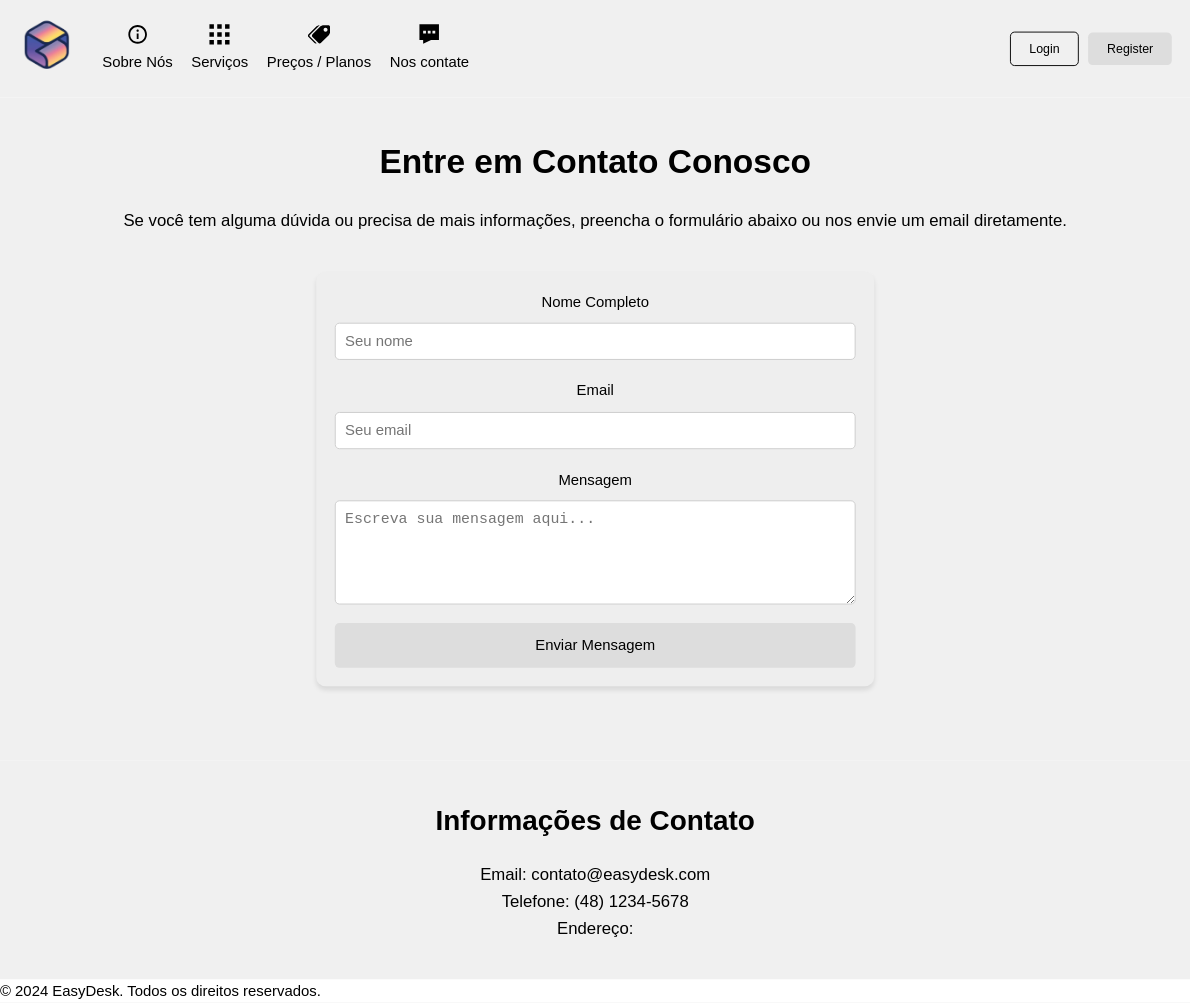
Repository: Gabrielb0rn/0EasyDesk.io
Page: 0Easydesk1/contactus.html
These files come from the project's save history. The page is drawn as it stood at one moment and after the next save; the edit follows.
The browser window is 1280 px wide. The pictures show the whole page, at 93% of full size.

Above is the page before, as saved 2024-09-16 10:02:21.

### 0Easydesk1/contactus.html
<!DOCTYPE html>
<html lang="pt-BR">
<head>
    <meta charset="UTF-8">
    <meta name="viewport" content="width=device-width, initial-scale=1.0">
    <title>Contate-nos - EasyDesk</title>
    <link rel="stylesheet" href="assets/style.css">
    <link rel="shortcut icon" href="resources/icon/EasyDeskLogo.ico">
</head>
<body>
    <header>
        <nav>
            <div class="left-section">
                <div class="logo">
                    <a href="index.html"><img src="resources/icon/EasyDeskLogo.ico" alt="Logo EasyDesk"></a>
                </div>
                <ul class="nav-links">
                    <li>
                        <img src="resources/nav/about-svgrepo-com.svg" alt="Sobre Nós">
                        <a href="about.html">Sobre Nós</a>
                    </li>
                    <li>
                        <img src="resources/nav/services-20px-svgrepo-com.svg" alt="Serviços">
                        <a href="services.html">Serviços</a>
                    </li>
                    <li>
                        <img src="resources/nav/prices-svgrepo-com.svg" alt="Preços / Planos">
                        <a href="prices.html">Preços / Planos</a>
                    </li>
                    <li>
                        <img src="resources/nav/contact-us-filled-svgrepo-com.svg" alt="Nos contate">
                        <a href="contactus.html">Nos contate</a>
                    </li>
                </ul>
            </div>
            <div class="auth-buttons">
                <a href="login.html"><button class="sign-in">Login</button></a>
                <a href="register.html"><button>Register</button></a>
            </div>
        </nav>
    </header>

    <main>
        <section class="contact-us-section">
            <h1>Entre em Contato Conosco</h1>
            <p>Se você tem alguma dúvida ou precisa de mais informações, preencha o formulário abaixo ou nos envie um email diretamente.</p>

            <div class="contact-form-container">
                <form action="#" method="POST">
                    <label for="name">Nome Completo</label>
                    <input type="text" id="name" name="name" placeholder="Seu nome" required>

                    <label for="email">Email</label>
                    <input type="email" id="email" name="email" placeholder="Seu email" required>

                    <label for="message">Mensagem</label>
                    <textarea id="message" name="message" rows="5" placeholder="Escreva sua mensagem aqui..." required></textarea>

                    <button type="submit">Enviar Mensagem</button>
                </form>
            </div>
        </section>

        <section class="contact-info">
            <h2>Informações de Contato</h2>
            <p>Email: contato@easydesk.com</p>
            <p>Telefone: (48) 1234-5678</p>
            <p>Endereço: </p>
        </section>
    </main>

    <footer>
        <p>&copy; 2024 EasyDesk. Todos os direitos reservados.</p>
    </footer>
</body>
</html>

### 0Easydesk1/assets/style.css
/* Reset básico */
* {
    margin: 0;
    padding: 0;
    box-sizing: border-box;
}

/* Variáveis de tema */
:root {
    --bg-color: #ffffff;
    --text-color: #000000;
    --header-bg: #f0f0f0;
    --link-color: #000000;
    --link-hover-color: #6a11cb;
    --button-bg: #dddddd;
    --button-text-color: #000000;
    --hero-bg-gradient: linear-gradient(135deg, #ab64a2, #537ec5); /* Atualizado */
    --card-bg: #eeeeee;
    --card-hover-color: #cccccc;
}

body.dark-theme {
    --bg-color: #121212;
    --text-color: white;
    --header-bg: #1a1a1a;
    --link-color: white;
    --link-hover-color: #6a11cb;
    --button-bg: #333;
    --button-text-color: white;
    --hero-bg-gradient: linear-gradient(to bottom, #6a11cb, #2575fc); /* Inalterado no modo escuro */
    --card-bg: #444;
    --card-hover-color: #555;
}

body {
    font-family: Arial, sans-serif;
    background-color: var(--bg-color);
    color: var(--text-color);
    line-height: 1.6;
}

/* Estilo do Header */
header nav {
    display: flex;
    justify-content: space-between;
    align-items: center;
    padding: 20px;
    background-color: var(--header-bg);
}

/* Seção esquerda contendo a logo e os links */
.left-section {
    display: flex;
    align-items: center;
}

/* Logo alinhada à esquerda */
.logo {
    display: flex;
    align-items: center;
    margin-right: 30px;
}

.logo img {
    width: 60px;
    height: auto;
}

/* Links de navegação à direita da logo */
.nav-links {
    list-style: none;
    display: flex;
    gap: 20px;
    margin-left: 0;
}

/* Estilo dos itens de navegação */
.nav-links li {
    display: flex;
    flex-direction: column;
    align-items: center;
}

/* Estilo das imagens dos links */
.nav-links img {
    width: 24px;
    height: auto;
    margin-bottom: 5px;
    transition: filter 0.3s ease;
}

body.dark-theme .nav-links img {
    filter: brightness(0) invert(1); /* Torna a imagem branca no modo escuro */
}


/* Estilo dos links */
.nav-links a {
    color: var(--link-color);
    text-decoration: none;
    font-size: 16px;
    transition: color 0.3s ease;
}

.nav-links a:hover {
    color: var(--link-hover-color);
}

/* Botões de autenticação */
.auth-buttons {
    display: flex;
    gap: 10px;
    align-items: center; /* Centraliza verticalmente */
}

.auth-buttons button {
    background-color: var(--button-bg);
    color: var(--button-text-color);
    border: none;
    padding: 10px 20px;
    cursor: pointer;
    border-radius: 5px;
    transition: background-color 0.3s ease;
}

.auth-buttons .sign-in {
    background-color: transparent;
    border: 1px solid var(--button-text-color);
}

.auth-buttons button:hover {
    background-color: var(--link-hover-color);
}


/* Hero Section */
.hero {
    text-align: center;
    padding: 80px 20px;
    background: var(--hero-bg-gradient);
}

.hero h1 {
    font-size: 56px;
    margin-bottom: 20px;
}

.hero p {
    font-size: 24px;
    margin-bottom: 40px;
}

.hero-images {
    display: flex;
    justify-content: center;
    gap: 20px;
    margin-bottom: 30px;
}

.hero-images img {
    width: 200px;
    height: auto;
    border-radius: 10px;
}

.hero-links {
    display: flex;
    justify-content: center;
    gap: 20px;
    flex-wrap: wrap;
}

.hero-links a {
    color: var(--link-color);
    text-decoration: none;
    font-size: 18px;
    background-color: var(--button-bg);
    padding: 10px 20px;
    border-radius: 5px;
    transition: background-color 0.3s ease;
}

.hero-links a:hover {
    background-color: var(--link-hover-color);
}

/* Overview Section */
.overview {
    display: flex;
    justify-content: space-around;
    padding: 40px 20px;
    background-color: var(--header-bg);
}

.card {
    background-color: var(--card-bg);
    padding: 20px;
    border-radius: 10px;
    width: 250px;
    text-align: center;
    transition: transform 0.3s ease;
}

.card:hover {
    transform: translateY(-10px);
    background-color: var(--card-hover-color);
}

.card h2 {
    font-size: 24px;
    margin-bottom: 15px;
}

.card p {
    margin-bottom: 10px;
    color: var(--text-color);
}

/* Estilo Responsivo */
@media (max-width: 768px) {
    .hero h1 {
        font-size: 40px;
    }

    .hero p {
        font-size: 20px;
    }

    .hero-images img {
        width: 150px;
    }

    .overview {
        flex-direction: column;
        align-items: center;
    }

    .card {
        width: 80%;
        margin-bottom: 20px;
    }
}

/* Estilo do botão de mudança de tema */
.theme-toggle img {
    margin-right: 15px;
    margin-top: 8px;
    width: 24px;
    height: auto;
    cursor: pointer;
    transition: filter 0.3s ease, transform 0.3s ease;
}

.theme-toggle img:hover {
    transform: scale(1.1);
}

body.dark-theme .theme-toggle img {
    filter: brightness(0) invert(1); /* Torna a imagem branca no modo escuro */
}

/* Seção Sobre Nós */
.about-description {
    text-align: center;
    padding: 40px 20px;
    background-color: var(--header-bg);
}

.about-description h1 {
    font-size: 36px;
    margin-bottom: 20px;
}

.about-description p {
    font-size: 18px;
    margin: 0 auto;
    max-width: 800px;
}

/* Seção Localização */
.about-location {
    text-align: center;
    padding: 40px 20px;
}

.about-location h2 {
    font-size: 30px;
    margin-bottom: 20px;
}

.map-container {
    display: flex;
    justify-content: center;
    margin-bottom: 20px;
}

/* Seção Paleta de Cores */
.about-colors {
    text-align: center;
    padding: 40px 20px;
    background-color: var(--card-bg);
}

.about-colors h2 {
    font-size: 30px;
    margin-bottom: 20px;
}

.color-palette {
    display: flex;
    justify-content: center;
    gap: 10px;
    flex-wrap: wrap;
}

.color {
    width: 100px;
    height: 100px;
    display: flex;
    justify-content: center;
    align-items: center;
    font-size: 12px;
    color: var(--text-color);
    border-radius: 5px;
    box-shadow: 0 0 5px rgba(0, 0, 0, 0.1);
}

/* Seção Nossa Equipe */
.about-team {
    text-align: center;
    padding: 40px 20px;
}

.about-team h2 {
    font-size: 30px;
    margin-bottom: 40px;
}

.team-members {
    display: flex;
    justify-content: center;
    gap: 20px;
    flex-wrap: wrap;
}

.member {
    width: 150px;
    text-align: center;
}

.member img {
    width: 100%;
    height: auto;
    border-radius: 50%;
    box-shadow: 0 0 5px rgba(0, 0, 0, 0.1);
    margin-bottom: 10px;
}

.member h3 {
    font-size: 18px;
    margin-bottom: 5px;
}

.member p {
    font-size: 14px;
    color: var(--text-color);
}

/* Seção de Planos */
.plans {
    text-align: center;
    padding: 50px 20px;
    background-color: var(--bg-color);
}

.plans h1 {
    font-size: 36px;
    margin-bottom: 40px;
}

.plan-cards {
    display: flex;
    justify-content: center;
    gap: 20px;
    flex-wrap: wrap;
}

.plan-card {
    background-color: var(--card-bg);
    padding: 30px;
    border-radius: 10px;
    width: 300px;
    text-align: center;
    transition: transform 0.3s ease;
    box-shadow: 0 4px 8px rgba(0, 0, 0, 0.1);
}

.plan-card:hover {
    transform: translateY(-10px);
    background-color: var(--card-hover-color);
}

.plan-card h2 {
    font-size: 28px;
    margin-bottom: 15px;
}

.plan-card p {
    font-size: 16px;
    margin-bottom: 10px;
    color: var(--text-color);
}

.plan-card .price {
    font-size: 24px;
    font-weight: bold;
    margin-bottom: 20px;
}

.plan-card button {
    background-color: var(--link-hover-color);
    color: var(--button-text-color);
    border: none;
    padding: 10px 20px;
    border-radius: 5px;
    cursor: pointer;
    transition: background-color 0.3s ease;
}

.plan-card button:hover {
    background-color: var(--link-hover-color);
}

/* Estilos Responsivos para os Planos */
@media (max-width: 768px) {
    .plan-cards {
        flex-direction: column;
        align-items: center;
    }

    .plan-card {
        width: 90%;
    }
}

/* Seção de Contato */
.contact-us-section {
    text-align: center;
    padding: 40px 20px;
    background-color: var(--header-bg);
}

.contact-us-section h1 {
    font-size: 36px;
    margin-bottom: 20px;
}

.contact-us-section p {
    font-size: 18px;
    margin-bottom: 40px;
}

.contact-form-container {
    display: flex;
    justify-content: center;
    margin-bottom: 40px;
}

form {
    display: flex;
    flex-direction: column;
    width: 100%;
    max-width: 600px;
    background-color: var(--card-bg);
    padding: 20px;
    border-radius: 10px;
    box-shadow: 0px 4px 6px rgba(0, 0, 0, 0.1);
}

form label {
    font-size: 16px;
    margin-bottom: 10px;
    color: var(--text-color);
}

form input, form textarea {
    padding: 10px;
    margin-bottom: 20px;
    border: 1px solid var(--card-hover-color);
    border-radius: 5px;
    font-size: 16px;
    color: var(--text-color);
    background-color: var(--bg-color);
}

form button {
    background-color: var(--button-bg);
    color: var(--button-text-color);
    border: none;
    padding: 15px;
    cursor: pointer;
    border-radius: 5px;
    transition: background-color 0.3s ease;
    font-size: 16px;
}

form button:hover {
    background-color: var(--link-hover-color);
}

/* Informações de Contato */
.contact-info {
    text-align: center;
    padding: 40px 20px;
    background-color: var(--header-bg);
}

.contact-info h2 {
    font-size: 30px;
    margin-bottom: 20px;
}

.contact-info p {
    font-size: 18px;
}

After the next save:
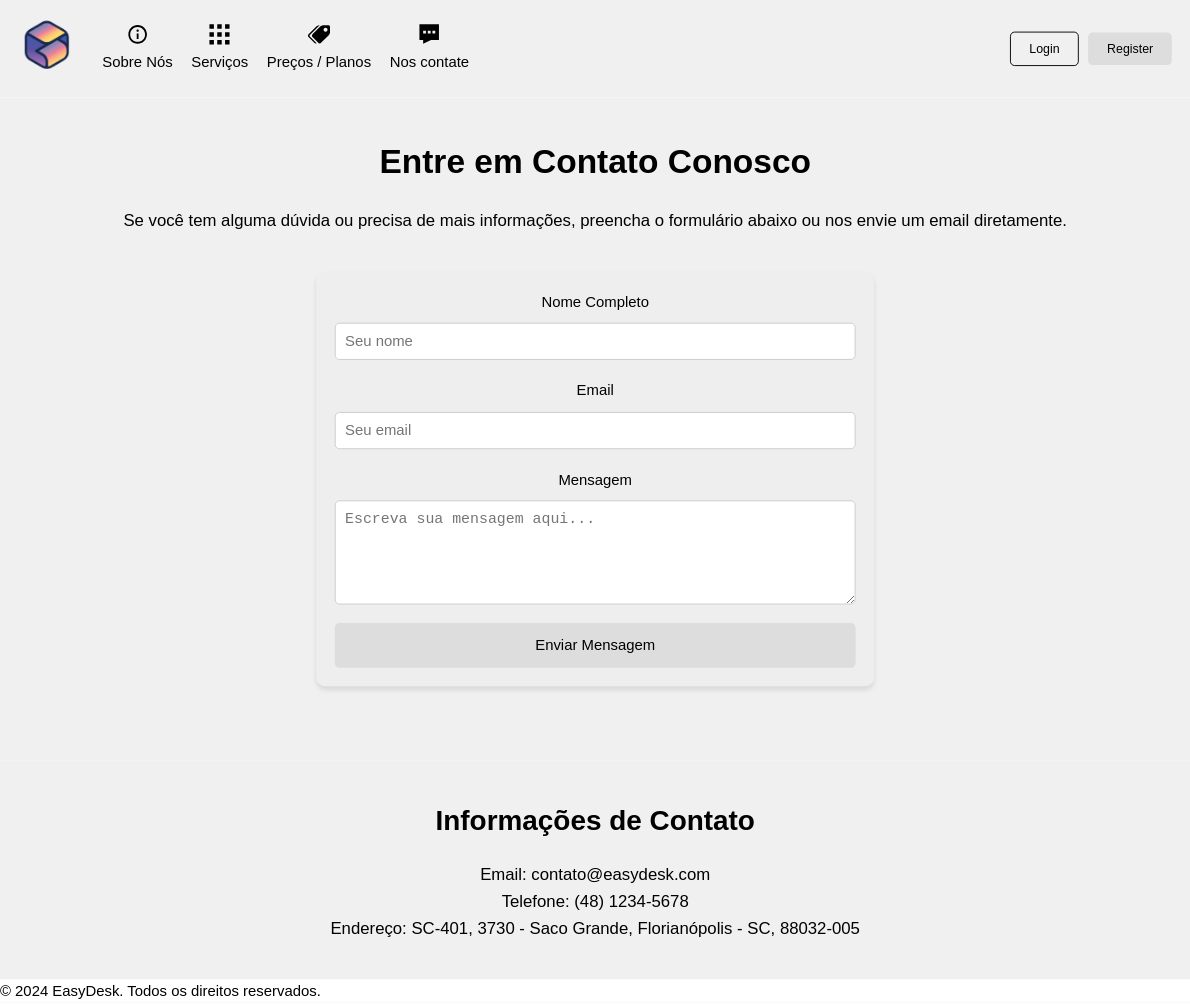
Saved 14 s later.
--- a/0Easydesk1/contactus.html
+++ b/0Easydesk1/contactus.html
@@ -65,7 +65,7 @@
             <h2>Informações de Contato</h2>
             <p>Email: contato@easydesk.com</p>
             <p>Telefone: (48) 1234-5678</p>
-            <p>Endereço: </p>
+            <p>Endereço: SC-401, 3730 - Saco Grande, Florianópolis - SC, 88032-005</p>
         </section>
     </main>
 
